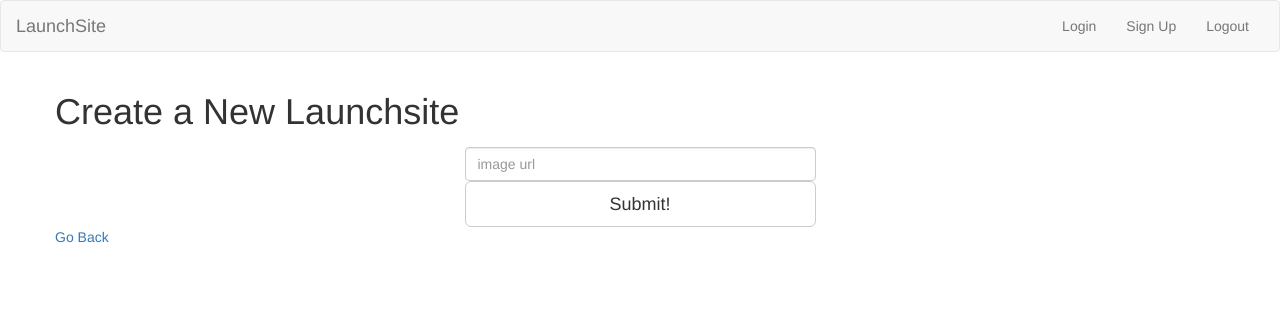
Repository: Oscar6/Udemy-workspace
Page: http://localhost/launchsite/new
The author's editor kept a record of every edit. The page is drawn from the files as they stood at one moment, then again after the next edit.
The browser window is 1280 px wide. The pictures show the whole page.
The page is served by the project's Node server (YelpCamp/v1/app.js).

Above is the page before.

### YelpCamp/v1/views/new.ejs
<% include partials/header %>
<div class="container">
    <div class="row">
        <h1>Create a New Launchsite</h1>
        <div style="width: 30%; margin: 0 auto;"
        <form action="/launchsite" method="POST">
            <div class="form-group">

            </div>
            <div class="form-group">

            </div>
            <div class="form-group">

            </div>

            <input class="form-control" type="text" name="image" placeholder="image url">
            <button class="btn btn-lg btn-default btn-block">Submit!</button>
        </form>
        </div>

        <a href="/launchsite">Go Back</a>
    </div>
</div>
<% include partials/footer %>

### YelpCamp/v1/views/partials/header.ejs
<!DOCTYPE html>
<html>
    <head>
        <title>YelpCamp</title>
        <link rel="stylesheet" href="https://maxcdn.bootstrapcdn.com/bootstrap/3.3.5/css/bootstrap.min.css">
    </head>
    <body>
       <nav class="navbar navbar-default">
          <div class="container-fluid">
             <div class="navbar-header">
                <a class="navbar-brand" href="/">LaunchSite</a>
             </div>
             <div class="collapse navbar-collapse">
                <ul class="nav navbar-nav navbar-right">
                   <li><a href="/">Login</a></li>
                   <li><a href="/">Sign Up</a></li>
                   <li><a href="/">Logout</a></li>
                </ul>
             </div>
          </div>
       </nav>

### YelpCamp/v1/app.js
var express = require("express");
var app = express();
var bodyParser = require("body-parser");

app.use(bodyParser.urlencoded({extended: true}));
app.set("view engine", "ejs");

var launchsite = [
        {name: "NASA", image: "https://www.nasa.gov/sites/all/themes/custom/nasatwo/images/nasa-logo.svg"},
        {name: "SpaceX", image: "https://botw-pd.s3.amazonaws.com/styles/logo-thumbnail/s3/042015/spacerx-logo_0.png?itok=SshEXNNF"},
        {name: "Tesla", image: "https://electrek.files.wordpress.com/2016/06/tesla-model-x-promo-shot-3-2.jpg?quality=82&strip=all&w=290&h=145&crop=1"},
    ];

app.get("/", function(req, res){
    res.render("landing");
});

app.get("/launchsite", function(req, res){
    res.render("launchsite", {launchsite: launchsite});
});

app.post("/launchsite", function(req, res){
    // get data from form and add to launchsite array
    var name = req.body.name;
    var image = req.body.image;
    var newLaunchsite = {name: name, image: image}
    launchsite.push(newLaunchsite);
    // redirect back to launchsite page
    res.redirect("/launchsite");
});

app.get("/launchsite/new", function(req,res){
    res.render("new.ejs");
});

app.listen(process.env.PORT, process.env.IP, function(){
    console.log("YelpCamp is running");
});

Loaded but not shown: YelpCamp/v1/views/partials/footer.ejs (common file)

After the next edit:
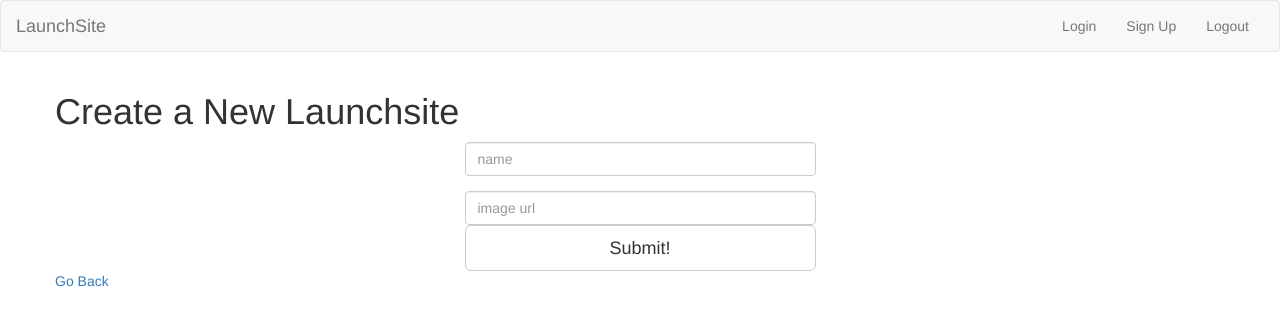
The edit:
--- a/YelpCamp/v1/views/new.ejs
+++ b/YelpCamp/v1/views/new.ejs
@@ -5,7 +5,7 @@
         <div style="width: 30%; margin: 0 auto;"
         <form action="/launchsite" method="POST">
             <div class="form-group">
-
+                <input class="form-control" type="text" name="name" placeholder="name">
             </div>
             <div class="form-group">
 
